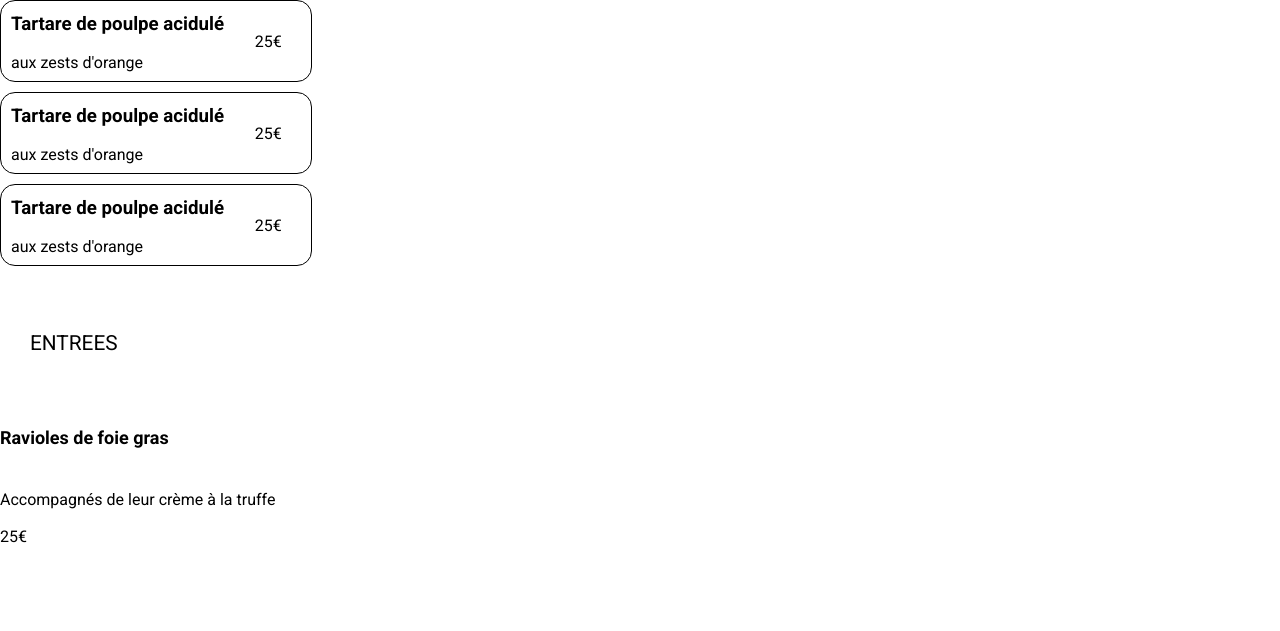
Repository: lysianebo/OHMYFOOD
Page: sass/layout/perso/snipped.html
These files come from the project's save history. The page is drawn as it stood at one moment and after the next save; the edit follows.
The browser window is 1280 px wide. The pictures show the whole page.
Some web fonts or font styles are not loaded; a fallback is used. Some web libraries are served in a nearby version.

Above is the page before, as saved 2022-11-16 04:16:09.

### sass/layout/perso/snipped.html
<!DOCTYPE html>
<html lang="en">
<head>
    <meta charset="UTF-8">
    <meta http-equiv="X-UA-Compatible" content="IE=edge">
    <meta name="viewport" content="width=device-width, initial-scale=1.0">
    <link rel="stylesheet" href="snipped.css"/>

    <title>Document</title>
</head>
<body>
    <div class="container">
        <div class="card">
          <div class="part1">
            <h3>
              Tartare de poulpe acidulé
            </h3>
            <p>
              aux zests d'orange
            </p>
          </div>
          <div class="part2">
              25€
          </div>
           <div class="snipped">
              <i class="fas fa-check-circle"></i>
          </div>
        </div>
        <div class="card">
          <div class="part1">
            <H3>
              Tartare de poulpe acidulé
            </H3>
            <p>
              aux zests d'orange
            </p>
          </div>
          <div class="part2">
              25€
          </div>
          <div class="snipped">
              <i class="fas fa-check-circle"></i>
          </div>
        </div>
         <div class="card">
          <div class="part1">
            <H3>
              Tartare de poulpe acidulé
            </H3>
            <p>
              aux zests d'orange
            </p>
          </div>
          <div class="part2">
              25€
          </div>
          <div class="snipped">
              <i class="fas fa-check-circle"></i>
          </div>
        </div>
      </div>

      <div class="menu">
        <div class="entrees">
            <h5 class="bordered-bottom">entrees</h5>
            <div class="detail">
                <h6>Ravioles de foie gras</h6>
                <p>Accompagnés de leur crème à la truffe</p>
                <span class="prix">25€
                <span class="valider"><i class="fas fa-check-circle"></i></span></span>
            </div>



</body>
</html>

### sass/layout/perso/snipped.css
@import url('https://fonts.googleapis.com/css2?family=Roboto:wght@400;500;700;900&display=swap');
@import url('https://fonts.googleapis.com/css2?family=Shrikhand&display=swap');
@import url('https://cdnjs.cloudflare.com/ajax/libs/font-awesome/6.1.2/css/all.css');


@keyframes slidein {
    from { transform: translate(0,10px);opacity:0 }
    to   { transform: translate(0,0px);opacity:1 }
  }

  .container>.card {
    margin-bottom: 10px;
  }
  .container>.card:nth-child(1) {
    margin-bottom: 10px;
    animation: slidein 1s ease-in;
  }
  .container>.card:nth-child(2) {
    margin-bottom: 10px;
    animation: slidein 1s ease-in 0.33s;
  }
  .container>.card:nth-child(3) {
    margin-bottom: 10px;
    animation: slidein 1s ease-in 0.66s;
  }
  .card {
    height: 80px;
    width: 300px;
    padding-left: 10px;
    border: 1px solid black;
    border-radius: 15px;
    display: flex;
    align-items: center;
    overflow: hidden;
  }

  .part1 {
    width: 250px;
    transition: width 1s;
  }

  .part1>h3 {
    overflow: hidden;
    white-space: nowrap;
    text-overflow: ellipsis;
  }

  .part1>p {
    overflow: hidden;
    white-space: nowrap;
    text-overflow: ellipsis;
  }

  .part2 {
    width: 100px;
    text-align: center;
    z-index: 5;
  }

  .snipped {
    display: flex;
    border-top-right-radius: 15px;
    border-bottom-right-radius: 15px;
    background-color: green;
    width: 0px;
    opacity: 0;
    height: 100%;
    justify-content: center;
    align-items: center;
    transition: width 5s, opacity 1s;
  }

  .fa-check-circle {
    color: white;
    font-size: 20px;
    transition: transform 1.5s;
  }

  .card:hover .snipped {
    width: 100px;
    opacity: 1;
  }

  .card:hover .fa-check-circle {
    transform: rotate(360deg);
  }

  .card:hover .part1 {
    width: 180px;
  }
/* ***************typography   */
body{
    font-family: Roboto, sans-serif;
    font-size: 16px;
    margin:0;
    padding: 0;
}
h5 {
    text-transform: uppercase;
    font-size: 130%;
    font-weight: 100;
    padding: 30px;
}
h6{
    font-size: 18px;
    font-weight: 700;

}
/* ***************** bouton detail ********* */
.btn {
    display: inline-block;
    margin: auto;
    padding: 15px;
    font-weight: bold;
    width: fit-content;
    border-radius: 15px;
}

After the next save:
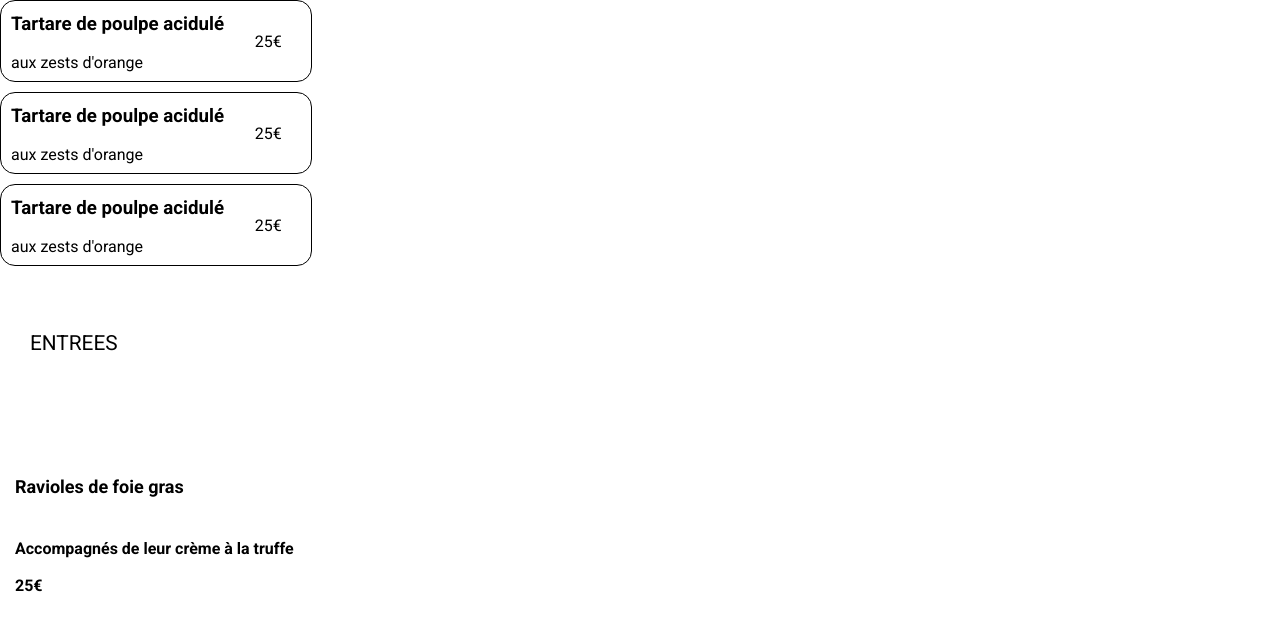
Saved 10 s later.
--- a/sass/layout/perso/snipped.css
+++ b/sass/layout/perso/snipped.css
@@ -107,7 +107,7 @@
 
 }
 /* ***************** bouton detail ********* */
-.btn {
+.detail {
     display: inline-block;
     margin: auto;
     padding: 15px;
